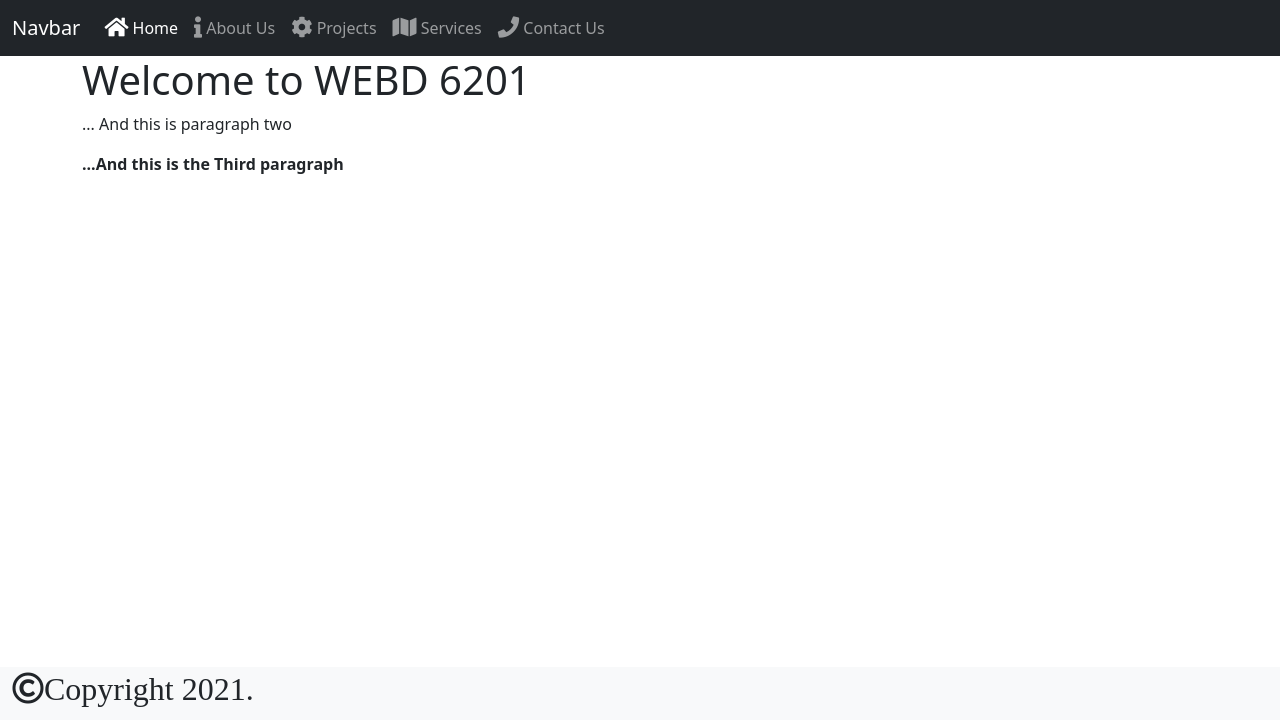
Repository: vans12345678/WEBD6201-W2021-Week3
Page: index.html
The author's editor kept a copy of each file at every save. The page is drawn from the files as they stood at one save, then again after the next save.
The browser window is 1280 px wide. The pictures show the whole page.

Above is the page before, as saved 2021-01-21 08:36:48.

After the next save:
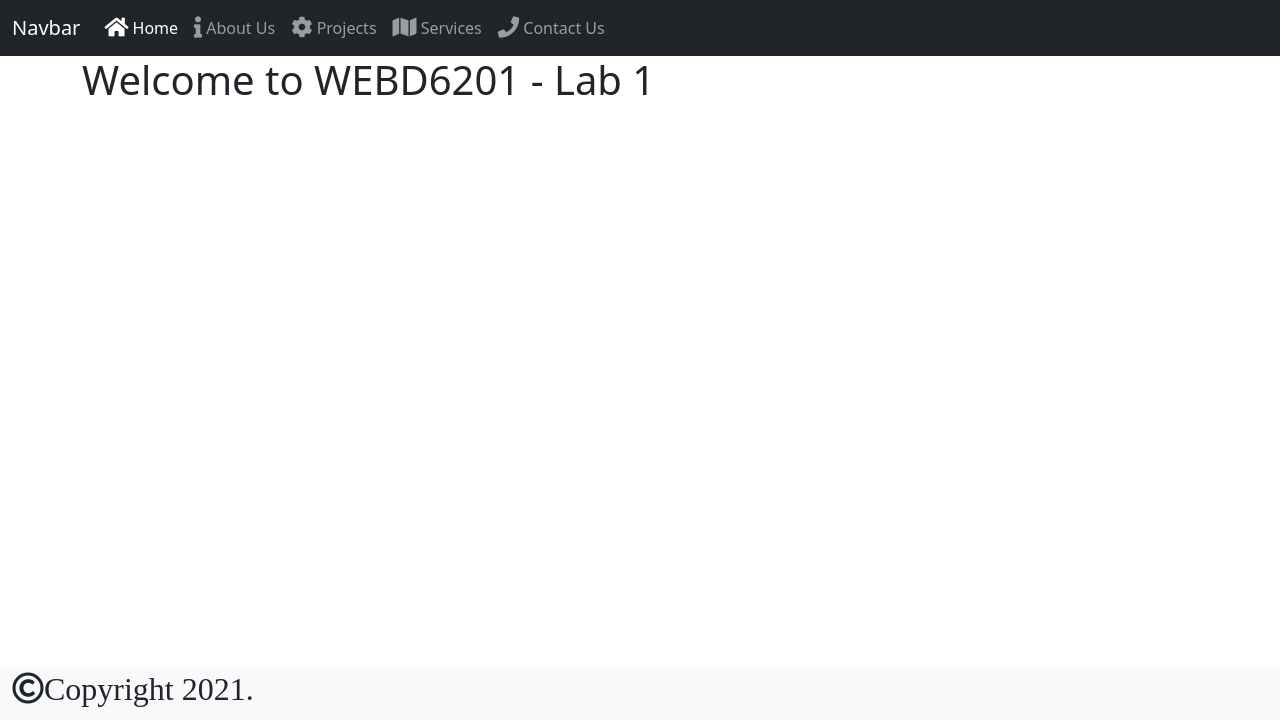
Saved 61 s later.
--- a/Scripts/app.js
+++ b/Scripts/app.js
@@ -54,6 +54,9 @@
         //update / modification
         //mainContent.firstElementChild.textContent = "Welcome home";
 
+        mainContent.innerHTML =
+        `<h1 id = "firstHeading">Welcome to WEBD6201 - Lab 1</h1>`;
+
 
     }
 
